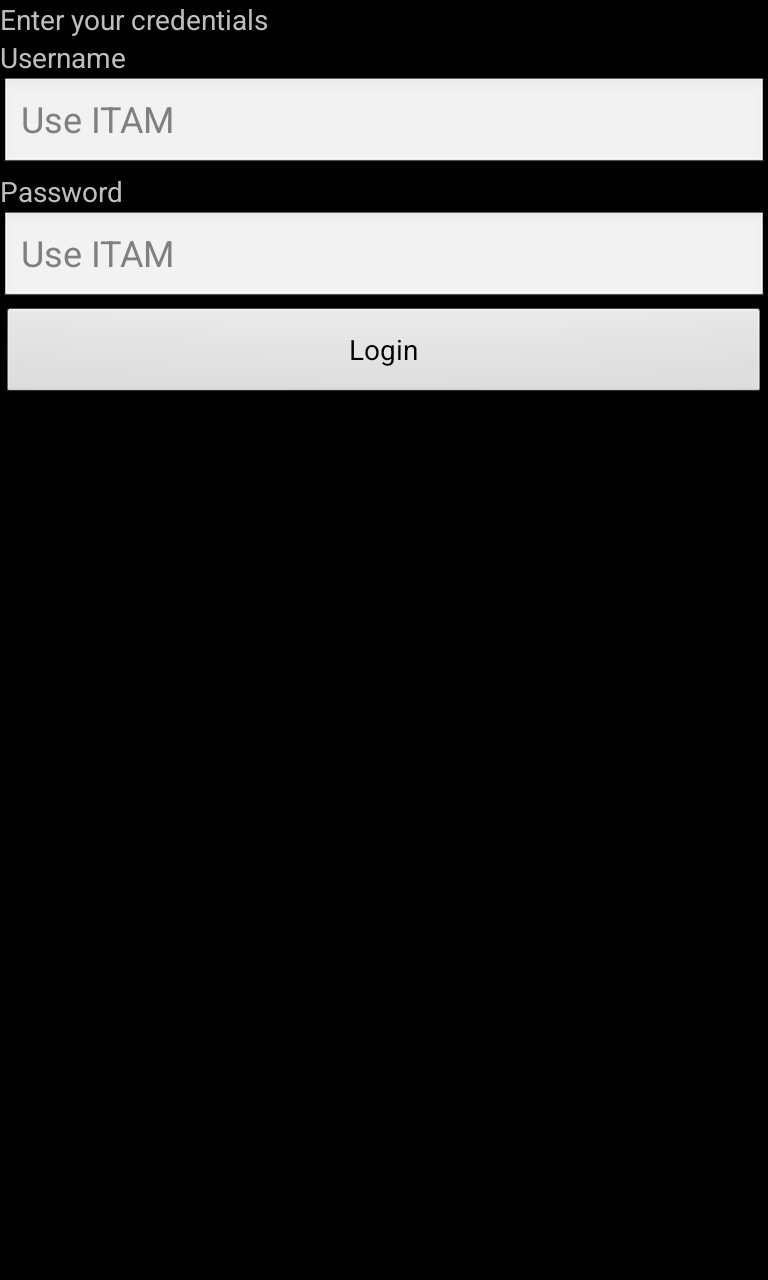
Repository: cogitovsmachina/Curso-Android-en-ITAM
Layout: SimpleLoginForm/res/layout/main.xml
These files come from the project's save history. The layout is drawn as it stood at one moment and after a run of saves; the edit follows.
It is drawn on a 768 x 1280 px phone screen (xhdpi) without system bars, with theme android:Theme; the app's code is not run.

Above is the layout before, as saved 2011-07-05 14:48:27.

After the next 2 saves:
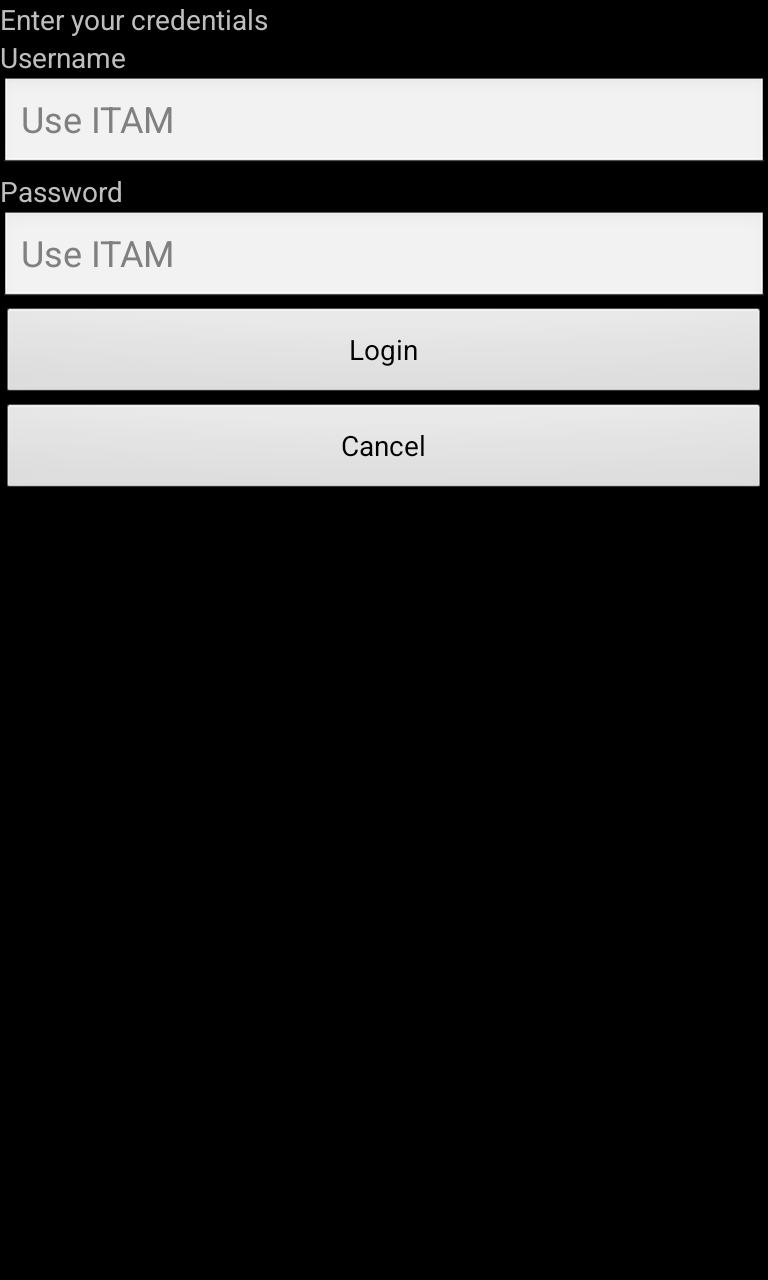
The 2 saves are shown as one change because they came seconds apart.
The last was saved 11 s later.
--- a/SimpleLoginForm/res/layout/main.xml
+++ b/SimpleLoginForm/res/layout/main.xml
@@ -37,4 +37,10 @@
     android:text="Login"
     android:id="@+id/loginbutton"
     />
+<Button
+    android:layout_width="fill_parent"
+    android:layout_height="wrap_content"
+    android:text="Cancel"
+    android:id="@+id/loginbutton"
+    />
 </LinearLayout>
